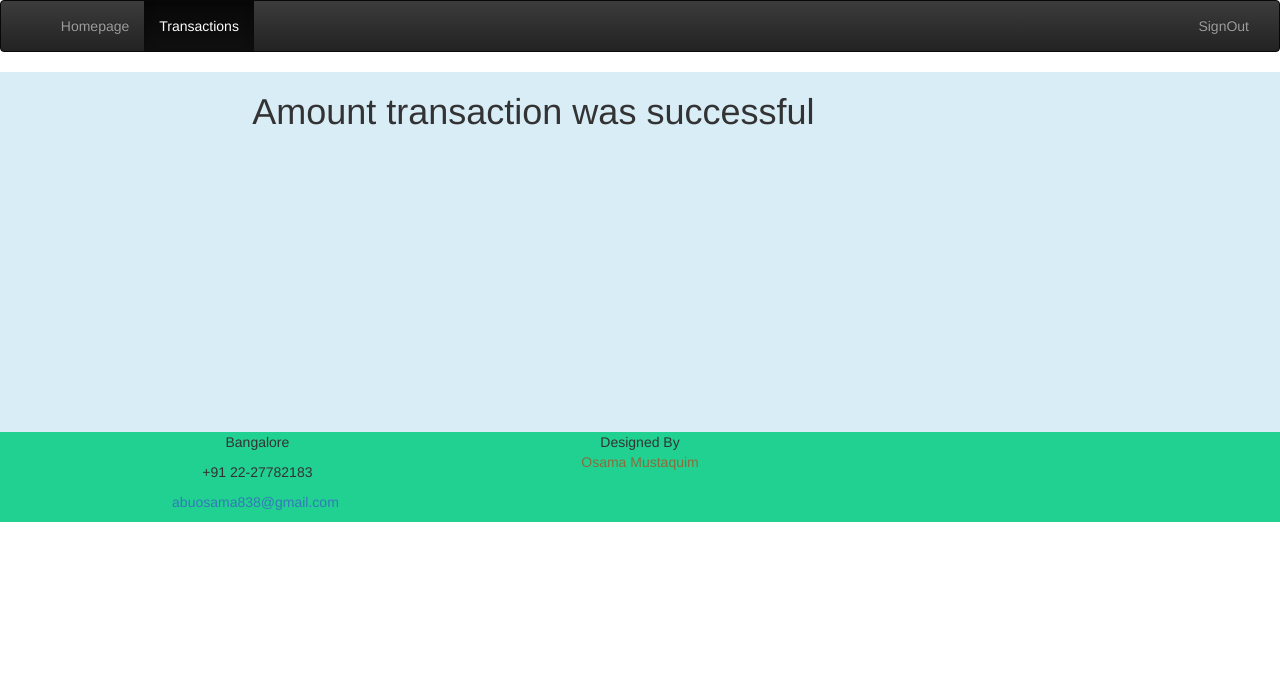
Repository: osamamustaquim/Online-Banking-Management-System
Page: http://localhost/BankApp/transfersuccess.jsp
An editor plug-in stored every save of this project. The page is shown before and after the next save, followed by the edit.
The browser window is 1280 px wide. The pictures show the whole page.
Some web fonts or font styles are not loaded; a fallback is used. The page is served by Tomcat 9.

Above is the page before, as saved 2020-04-10 17:09:59.

After the next save:
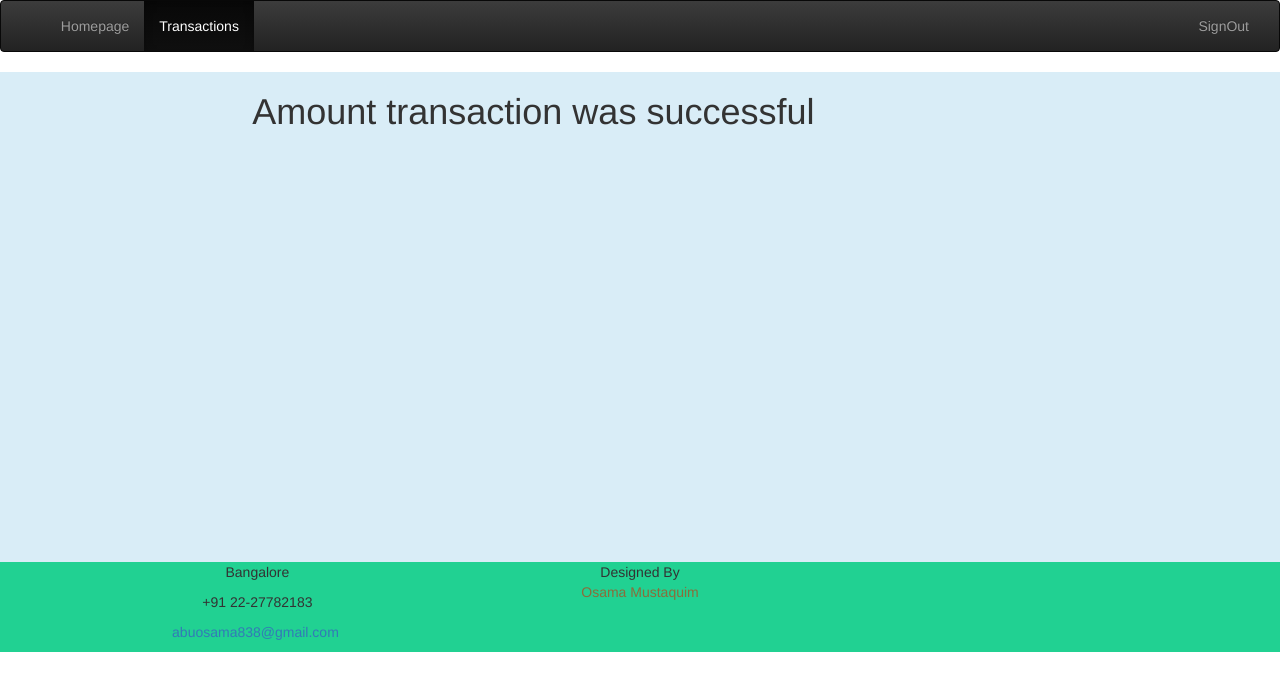
Saved 19 s later.
--- a/Online Banking Application using MVC model - Copy/BankApp/WebContent/transfersuccess.jsp
+++ b/Online Banking Application using MVC model - Copy/BankApp/WebContent/transfersuccess.jsp
@@ -45,7 +45,7 @@
 <!-- banner -->
      <section>
          <div class="container-fluid">
-             <div class="row bg-info justify-content-center align-items-center" style="height: 50vh">
+             <div class="row bg-info justify-content-center align-items-center" style="height: 68vh">
                 <div class="col-sm-10 text-center">
                     <h1 class="display-2 text-capitalize"><span class="text-warning"> </span><h1>Amount transaction was successful</h1><span class="text-white font-weight-bold"></span></h1>
                 </div>
